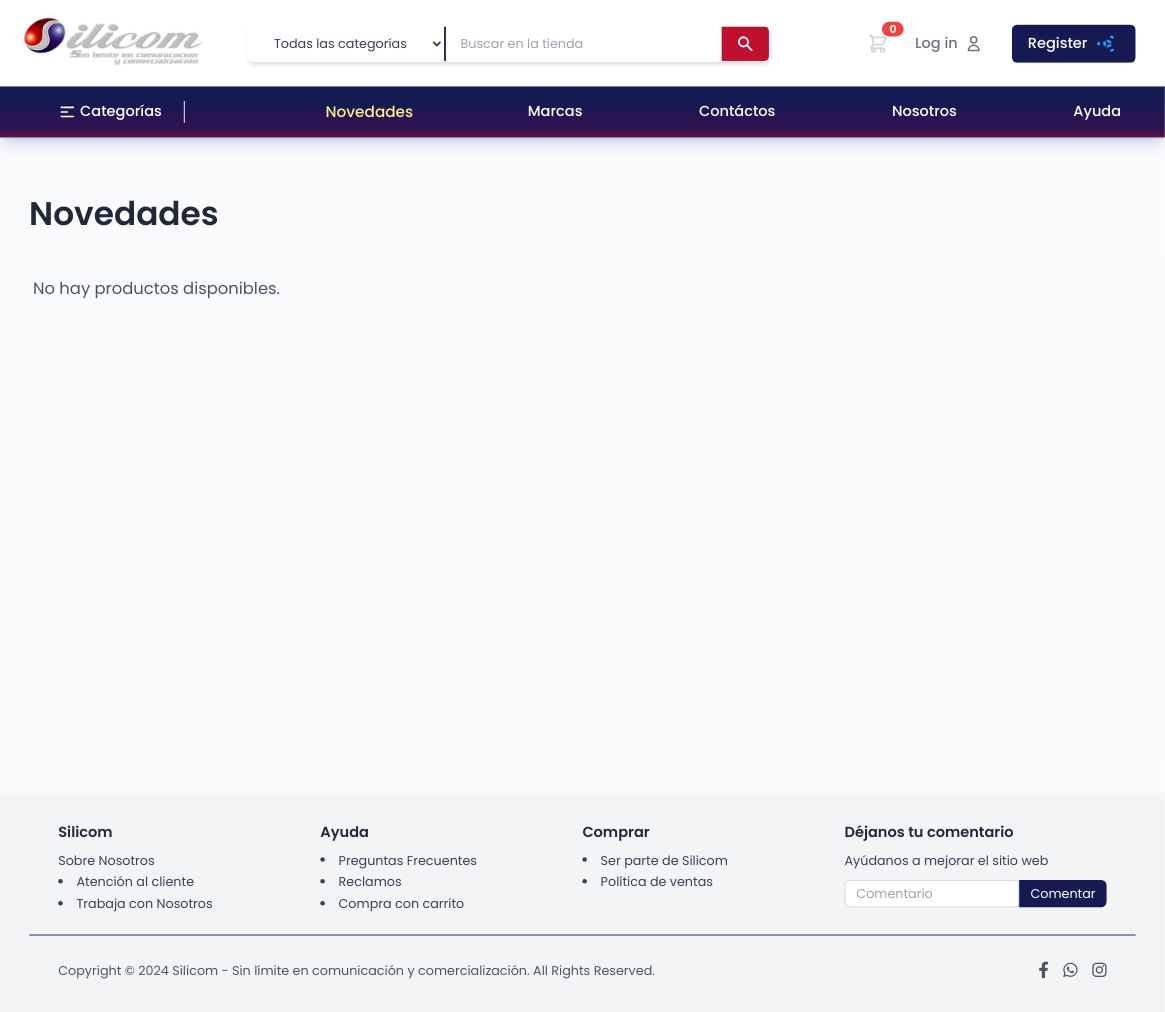
Repository: Francovg18/ecommerce
Page: /news
An editor plug-in stored every save of this project. The page is shown before and after the next save, followed by the edit.
The browser window is 1280 px wide. The pictures show the whole page, at 91% of full size.
The page's requests for data from a server got no answer. The project was rebuilt for these pictures with package versions that can differ from the ones it lists, and the page was loaded fresh each time. No one was signed in, and anything a server would have sent is missing. Also part of the build but not shown: src/components/home/Banner.js, src/components/home/ProductsArrival.js, src/components/home/ProductsSold.js, src/redux/actions/brands.js, src/components/home/Brand.js, src/components/home/Product.js, src/containers/Home.jsx, src/containers/errors/Error404.jsx and 39 more.

Above is the page before, as saved 2025-01-29 20:32:13.

### public/index.html
<!DOCTYPE html>
<html lang="en">
  <head>
    <meta charset="utf-8" />
    <link rel="icon" href="%PUBLIC_URL%/favicon.ico" />
    <meta name="viewport" content="width=device-width, initial-scale=1" />
    <meta name="theme-color" content="#000000" />
    <meta name="description" content="Web site created using create-react-app" />
    <link rel="apple-touch-icon" href="%PUBLIC_URL%/logo192.png" />
    <link href="https://fonts.googleapis.com/css2?family=Poppins:wght@400;500;600&display=swap" rel="stylesheet">
    <link
  rel="stylesheet"
  href="https://cdnjs.cloudflare.com/ajax/libs/font-awesome/6.0.0-beta3/css/all.min.css"
/>

    <!--
      manifest.json provides metadata used when your web app is installed on a
      user's mobile device or desktop. See https://developers.google.com/web/fundamentals/web-app-manifest/
    -->
    <link rel="manifest" href="%PUBLIC_URL%/manifest.json" />
    <!--
      Notice the use of %PUBLIC_URL% in the tags above.
      It will be replaced with the URL of the `public` folder during the build.
      Only files inside the `public` folder can be referenced from the HTML.

      Unlike "/favicon.ico" or "favicon.ico", "%PUBLIC_URL%/favicon.ico" will
      work correctly both with client-side routing and a non-root public URL.
      Learn how to configure a non-root public URL by running `npm run build`.
    -->
    <title>React App</title>
  </head>
  <body>
    <noscript>You need to enable JavaScript to run this app.</noscript>
    <div id="root"></div>
    <!--
      This HTML file is a template.
      If you open it directly in the browser, you will see an empty page.

      You can add webfonts, meta tags, or analytics to this file.
      The build step will place the bundled scripts into the <body> tag.

      To begin the development, run `npm start` or `yarn start`.
      To create a production bundle, use `npm run build` or `yarn build`.
    -->
  </body>
</html>

### src/index.js
import React from 'react';
import ReactDOM from 'react-dom/client';
import './style/index.css';
import App from './App';

const root = ReactDOM.createRoot(document.getElementById('root'));
root.render(
  <React.StrictMode>
    <App />
  </React.StrictMode>
);

### src/store.js
import { createStore, applyMiddleware } from 'redux';
import { composeWithDevTools } from '@redux-devtools/extension';
import { thunk } from 'redux-thunk';
import rootReducer from './redux/reducers';

const initialState = {};
const middleware = [thunk];
const store = createStore(
    rootReducer,
    initialState,
    composeWithDevTools(applyMiddleware(...middleware))
);

export default store;

### src/containers/News.jsx
import Layout from "../hocs/Layout";
import { connect } from "react-redux";
import {
    get_products_by_arrival
} from '../redux/actions/products';
import { useEffect } from "react";
import NewsProducts from "./pages/NewsProducts";
const Home = ({ get_products_by_arrival, products_arrival
}) => {

    useEffect(() => {
        window.scrollTo(0, 0);
        get_products_by_arrival();
    }, []);

    return (
        <Layout>
            <div className="text-blue-500">
                <NewsProducts data={products_arrival} />
            </div>
        </Layout>
    );
};

const mapStateToProps = state => ({
    products_arrival: state.Products.products_arrival
});

export default connect(mapStateToProps, {
    get_products_by_arrival
})(Home);

### src/redux/reducers/index.js
import { combineReducers } from 'redux';
import Auth from './auth';
import Alert from './alert';
import Categories from './categories';
import Products from './products';
import Cart from './cart';
import Shipping from './shipping'
import Payment from './payment';
import Orders from './orders';
import Coupons from './coupons';
import Profile from './profile';
import Wishlist from './wishlist';
import Reviews from './reviews';
import Brands from './brands';
export default combineReducers({
    Auth,
    Alert,
    Categories,
    Products,
    Cart,
    Shipping,
    Payment,
    Orders,
    Coupons,
    Profile,
    Wishlist,
    Reviews,
    Brands
})

### src/hocs/Layout.js
import { ToastContainer } from 'react-toastify';
import 'react-toastify/dist/ReactToastify.css';
import { check_authenticated, load_user, refresh } from '../redux/actions/auth';
import {
    get_items,
    get_total,
    get_item_total
} from "../redux/actions/cart";

import {
    get_user_profile
} from "../redux/actions/profile";

import { useEffect } from 'react';
import { connect } from 'react-redux';
import Navbar from '../components/navigation/Navbar';
import Footer from '../components/navigation/Footer';

const Layout = (props) => {

    useEffect(() => {
        props.refresh()
        props.check_authenticated()
        props.load_user()
        props.get_items()
        props.get_total()
        props.get_item_total()
        props.get_user_profile()
    }, []);

    return(
        <div>
            <Navbar/>
            <ToastContainer autoClose={5000} />
            {props.children}
            <Footer/>
        </div>
    )
}


export default connect(null, {
    check_authenticated,
    load_user,
    refresh,
    get_items,
    get_total,
    get_item_total,
    get_user_profile
}) (Layout)

### src/redux/actions/categories.js
import axios from 'axios';
import {
    GET_CATEGORIES_SUCCESS,
    GET_CATEGORIES_FAIL,
} from './types';

export const get_categories = () => async dispatch => {
    const config = {
        headers: {
            'Accept': 'application/json'
        }
    };

    try {
        const res = await axios.get(`${process.env.REACT_APP_API_URL}/api/category/categories`, config);

        if (res.status >= 200 && res.status < 300) {
            dispatch({
                type: GET_CATEGORIES_SUCCESS,
                payload: res.data
            });
        } else {
            console.error('Error: Unexpected response status', res.status);
            dispatch({
                type: GET_CATEGORIES_FAIL
            });
        }
    } catch (err) {
        console.error('Error fetching categories:', err.message);
        dispatch({
            type: GET_CATEGORIES_FAIL
        });
    }
};

### src/redux/actions/alert.js
import{
    SET_ALERT,
    REMOVE_ALERT,
} from './types';

export const setAlert = (msg, alertType, timeout = 5000) => dispatch =>{
    dispatch({
        type: SET_ALERT,
        payload: {msg, alertType}
    });
    setTimeout(() => dispatch({ type: REMOVE_ALERT }), timeout);
}

### src/containers/pages/NewsProducts.jsx
import React from "react";
import { Link } from "react-router-dom";
import { connect } from "react-redux";

const NewsProducts = ({ data, isAuthenticated }) => {
  const products = Array.isArray(data) ? data : [];

  return (
    <div className="bg-gray-50 min-h-screen py-16">
      <div className="max-w-7xl mx-auto px-4 sm:px-6 lg:px-8">
        <h1 className="text-4xl font-bold text-gray-800 mb-12">
          Novedades
        </h1>

        <div className="grid grid-cols-2 sm:grid-cols-2 md:grid-cols-3 lg:grid-cols-4 gap-8">
          {products.length > 0 ? (
            products.map((product) => (
                <div
                key={product.id}
                className="relative group bg-white rounded-lg shadow-xl overflow-hidden transform transition-transform duration-300 hover:scale-105"
              >
                <div className="px-4 py-2 mt-2">
                  <h2 className="text-lg font-bold text-gray-800 text-center">
                    {product.name}
                  </h2>
                </div>
                <div className="relative w-full h-52 p-4 flex items-center justify-center">
                  <img
                    src={product.get_thumbnail}
                    alt={product.name}
                    className="w-full h-full object-contain"
                  />
                </div>

                <div className="absolute inset-0 flex flex-col items-center justify-center opacity-0 group-hover:opacity-100 transition-opacity duration-300 bg-gray-100 p-4">
                  <h2 className="text-xl font-semibold text-gray-800">
                    {product.name}
                  </h2>
                  <p className="text-sm text-gray-600 mt-2 text-center">
                    {product.description?.length > 100
                      ? `${product.description.slice(0, 100)}...`
                      : product.description}
                  </p>
                  <p
                    className={`text-sm ${
                      isAuthenticated
                        ? "font-medium text-gray-900"
                        : "text-red-500 font-semibold"
                    }`}
                  >
                    {isAuthenticated ? `Bs${product.price}` : "No permitido"}
                  </p>
                  <Link
                    to={`/product/${product.id}`}
                    className="mt-4 px-4 py-2 bg-midnight-blue text-white rounded-md shadow-md hover:bg-purple-night transition"
                  >
                    Ver
                  </Link>
                </div>
              </div>

            ))
          ) : (
            <p className="text-gray-600 text-center text-lg">
              No hay productos disponibles.
            </p>
          )}
        </div>
      </div>
    </div>
  );
};

const mapStateToProps = (state) => ({
  isAuthenticated: state.Auth.isAuthenticated,
});

export default connect(mapStateToProps)(NewsProducts);

### src/redux/reducers/alert.js
import {
    SET_ALERT,
    REMOVE_ALERT,
} from '../actions/types';

const initialState = {
    alert: null
};

export default function Alert(state = initialState, action) {
    const { type, payload } = action;

    switch(type) {
        case SET_ALERT:
            return {
                ...state,
                alert: payload
            };
        case REMOVE_ALERT:
            return {
                ...state,
                alert: null
            }
        default:
            return state
    };
}

### src/redux/reducers/categories.js
import {
    GET_CATEGORIES_SUCCESS,
    GET_CATEGORIES_FAIL
} from '../actions/types';

const initialState = {
    categories: null
};

export default function Categories(state = initialState, action) {
    const { type, payload } = action;

    switch(type) {
        case GET_CATEGORIES_SUCCESS:
            return {
                ...state,
                categories: payload.categories
            }
        case GET_CATEGORIES_FAIL:
            return {
                ...state,
                categories: null
            }
        default:
            return state
    }
}

### src/redux/reducers/shipping.js
import {
    GET_SHIPPING_OPTIONS_SUCCESS,
    GET_SHIPPING_OPTIONS_FAIL
} from '../actions/types';

const initialState = {
    shipping: null,
};

export default function Shipping(state = initialState, action) {
    const { type, payload } = action;

    switch(type) {
        case GET_SHIPPING_OPTIONS_SUCCESS:
            return {
                ...state,
                shipping: payload.shipping_options
            }
        case GET_SHIPPING_OPTIONS_FAIL:
            return {
                ...state,
                shipping: null
            }
        default:
            return state;
    }
};

### src/redux/reducers/orders.js
import {
    GET_ORDERS_SUCCESS,
    GET_ORDERS_FAIL,
    GET_ORDER_DETAIL_SUCCESS,
    GET_ORDER_DETAIL_FAIL
} from '../actions/types';

const initialState = {
    orders: null,
    order: null
};


export default function Orders(state = initialState, action) {
    const { type, payload } = action;

    switch(type) {
        case GET_ORDERS_SUCCESS:
            return {
                ...state,
                orders: payload.orders
            }
        case GET_ORDERS_FAIL:
            return {
                ...state,
                orders: []
            }
        case GET_ORDER_DETAIL_SUCCESS:
            return {
                ...state,
                order: payload.order
            }
        case GET_ORDER_DETAIL_FAIL:
            return {
                ...state,
                order: {}
            }
        default:
            return state;
    }
}

### src/redux/reducers/coupons.js
import {
    GET_COUPON_SUCCESS,
    GET_COUPON_FAIL,
} from '../actions/types';

const initialState = {
    coupon: null
};


export default function Coupons(state = initialState, action) {
    const { type, payload } = action;

    switch(type) {
        case GET_COUPON_SUCCESS:
            return {
                ...state,
                coupon: payload.coupon
            }
        case GET_COUPON_FAIL:
            return {
                ...state,
                coupon: null
            }
        default:
            return state;
    }
}

### src/redux/reducers/profile.js
import {
    GET_USER_PROFILE_SUCCESS,
    GET_USER_PROFILE_FAIL,
    UPDATE_USER_PROFILE_SUCCESS,
    UPDATE_USER_PROFILE_FAIL
} from '../actions/types';

const initialState = {
    profile: null
};

export default function Profile(state = initialState, action) {
    const { type, payload } = action;

    switch(type) {
        case GET_USER_PROFILE_SUCCESS:
            return {
                ...state,
                profile: payload.profile
            }
        case GET_USER_PROFILE_FAIL:
            return {
                ...state
            }
        case UPDATE_USER_PROFILE_SUCCESS:
            return {
                ...state,
                profile: payload.profile
            }
        case UPDATE_USER_PROFILE_FAIL:
            return {
                ...state
            }
        default:
            return state
    }
}

### src/redux/reducers/wishlist.js
import {
    GET_WISHLIST_ITEMS_SUCCESS,
    GET_WISHLIST_ITEMS_FAIL,
    ADD_WISHLIST_ITEM_SUCCESS,
    ADD_WISHLIST_ITEM_FAIL,
    GET_WISHLIST_ITEM_TOTAL_SUCCESS,
    GET_WISHLIST_ITEM_TOTAL_FAIL,
    REMOVE_WISHLIST_ITEM_SUCCESS,
    REMOVE_WISHLIST_ITEM_FAIL,
    CLEAR_WISHLIST,
} from '../actions/types';

const initialState = {
    items: null,
    total_items: 0
};

export default function Wishlist(state = initialState, action) {
    const { type, payload } = action;

    switch(type) {
        case GET_WISHLIST_ITEMS_SUCCESS:
            return {
                ...state,
                items: payload.wishlist
            }
        case GET_WISHLIST_ITEMS_FAIL:
            return {
                ...state,
            }
        case ADD_WISHLIST_ITEM_SUCCESS:
            return {
                ...state,
                items: payload.wishlist
            }
        case ADD_WISHLIST_ITEM_FAIL:
            return {
                ...state,
            }
        case GET_WISHLIST_ITEM_TOTAL_SUCCESS:
            return {
                ...state,
                total_items: payload.total_items
            }
        case GET_WISHLIST_ITEM_TOTAL_FAIL:
            return {
                ...state
            }
            case REMOVE_WISHLIST_ITEM_SUCCESS:
                return {
                    ...state,
                    items: state.items.filter(item => item.product_id !== payload)
                }

        case REMOVE_WISHLIST_ITEM_FAIL:
            return {
                ...state
            }
        case CLEAR_WISHLIST:
            return {
                ...state,
                items: [],
                total_items: 0
            }
        default:
            return state
    }
}

### src/redux/reducers/brands.js
import {
    GET_BRANDS_SUCCESS,
    GET_BRANDS_FAIL
} from '../actions/types';

const initialState = {
    brands: null
};

export default function Brands(state = initialState, action) {
    const { type, payload } = action;

    switch (type) {
        case GET_BRANDS_SUCCESS:
            return {
                ...state,
                brands: payload.brands // Ajusta si `payload` tiene otra estructura
            };
        case GET_BRANDS_FAIL:
            return {
                ...state,
                brands: null
            };
        default:
            return state;
    }
}

### src/components/alert.js
import {Fragment} from 'react'
import {connect} from 'react-redux'

import { CheckCircleIcon } from '@heroicons/react/solid'

function Alert ({ alert }) {

    const displayAlert = () => {
        if (alert !== null){
            return (
                <div className={`rounded-md bg-${alert.alertType}-50 p-4`}>
                <div className="flex">
                    <div className="flex-shrink-0">
                    <CheckCircleIcon className={`h-5 w-5 text-${alert.alertType}-400`} aria-hidden="true" />
                    </div>
                    <div className="ml-3">
                    <p className={`text-sm font-medium text-${alert.alertType}-800`}>{alert.msg}</p>
                    </div>
                </div>
                </div>
            )
        } else {
            return(
                <Fragment></Fragment>
            )
        }
    }

    return (
        <Fragment>
            {displayAlert()}
        </Fragment>
    )
}

const mapStateToProps = state => ({
    alert: state.Alert.alert
})

export default connect(mapStateToProps)(Alert)

### src/components/navigation/SearchBox.js
import { SearchIcon } from '@heroicons/react/solid';

const SearchBox = ({ categories, search, onChange, onSubmit }) => {
  return (
    <form
      onSubmit={(e) => onSubmit(e)}
      className="flex items-center border border-white rounded-md shadow-md overflow-hidden w-full max-w-3xl mx-auto"
    >
      {/* Dropdown de categorías (visible solo en pantallas grandes) */}
      <div className="hidden lg:block relative">
        <select
          onChange={(e) => onChange(e)}
          name="category_id"
          className="h-full text-sm text-gray-700 bg-white border-r-2 border-purple-night px-6 py-2 outline-none focus:ring-deep-rose"
        >
          <option value={0}>Todas las categorías</option>
          {categories &&
            categories.map((category, index) => (
              <option key={index} value={category.id}>
                {category.name}
              </option>
            ))}
        </select>
      </div>

      {/* Campo de búsqueda */}
      <input
        type="search"
        name="search"
        onChange={(e) => onChange(e)}
        value={search}
        required
        className="flex-grow text-sm text-gray-700 bg-white px-4 py-2 outline-none focus:ring-purple-night focus:border-crimson-red w-full"
        placeholder="Buscar en la tienda"
      />

      {/* Botón de envío */}
      <button
        type="submit"
        className="flex items-center justify-center h-full bg-crimson-red hover:bg-deep-rose text-white px-4 py-2"
      >
        <SearchIcon className="h-5 w-5" aria-hidden="true" />
      </button>
    </form>
  );
};

export default SearchBox;

### tailwind.config.js
/** @type {import('tailwindcss').Config} */
module.exports = {
  content: [
    "./src/**/*.{js,jsx,ts,tsx}",
  ],
  theme: {
    extend: {
      colors: {
        "midnight-blue": '#151b52',
        "purple-night": '#2A1350',
        "crimson-red": '#C0102F',
        "deep-rose": '#8D113B',
        "dark-burgundy": '#751240',
        "royal-purple": '#5D1245',
      },
      backgroundImage: {
        'custom-gradient': 'linear-gradient(to bottom, #151b52, #151b50, #151b50, #2A1351, #2A1351, #5D1245)',
      },
      fontFamily: {
        sans: ['Poppins', 'sans-serif'],
      },
      keyframes: {
        'gradient-x': {
          '0%, 100%': { backgroundPosition: '0% 50%' },
          '50%': { backgroundPosition: '100% 50%' },
        },
      },
      animation: {
        'gradient-x': 'gradient-x 8s ease infinite',
      },
      boxShadow: {
        navbar: "0px 4px 20px 6px rgba(28, 105, 192, 0.85), 0 1px 2px -1px rgba(3, 3, 4, 0.03)",
        menuHover: "0px 6px 15px 3px rgba(0, 0, 0, 0.15)",
      },
      fontSize: {
        'xl': '1.25rem',
        '2xl': '1.5rem',
      },
    },
  },
  plugins: [
    function({ addUtilities }) {
      const extendUnderline = {
        '.underline': {
          textDecoration: 'underline',
          textDecorationColor: '#121740',
        },
      };
      addUtilities(extendUnderline);
    },
  ],
};

Loaded but not shown: src/style/index.css (common file); src/components/navigation/Navbar.js (476 lines, source omitted); src/redux/actions/cart.js (399 lines, source omitted); src/redux/actions/auth.js (387 lines, source omitted); src/redux/actions/types.js (136 lines, source omitted); src/redux/actions/products.js (256 lines, source omitted); src/redux/reducers/cart.js (158 lines, source omitted); src/redux/reducers/products.js (118 lines, source omitted); src/App.js (79 lines, source omitted); src/components/navigation/Footer.js (81 lines, source omitted); src/redux/reducers/auth.js (113 lines, source omitted); src/redux/actions/profile.js (91 lines, source omitted); src/redux/reducers/payment.js (89 lines, source omitted); src/redux/reducers/reviews.js (90 lines, source omitted)

After the next save:
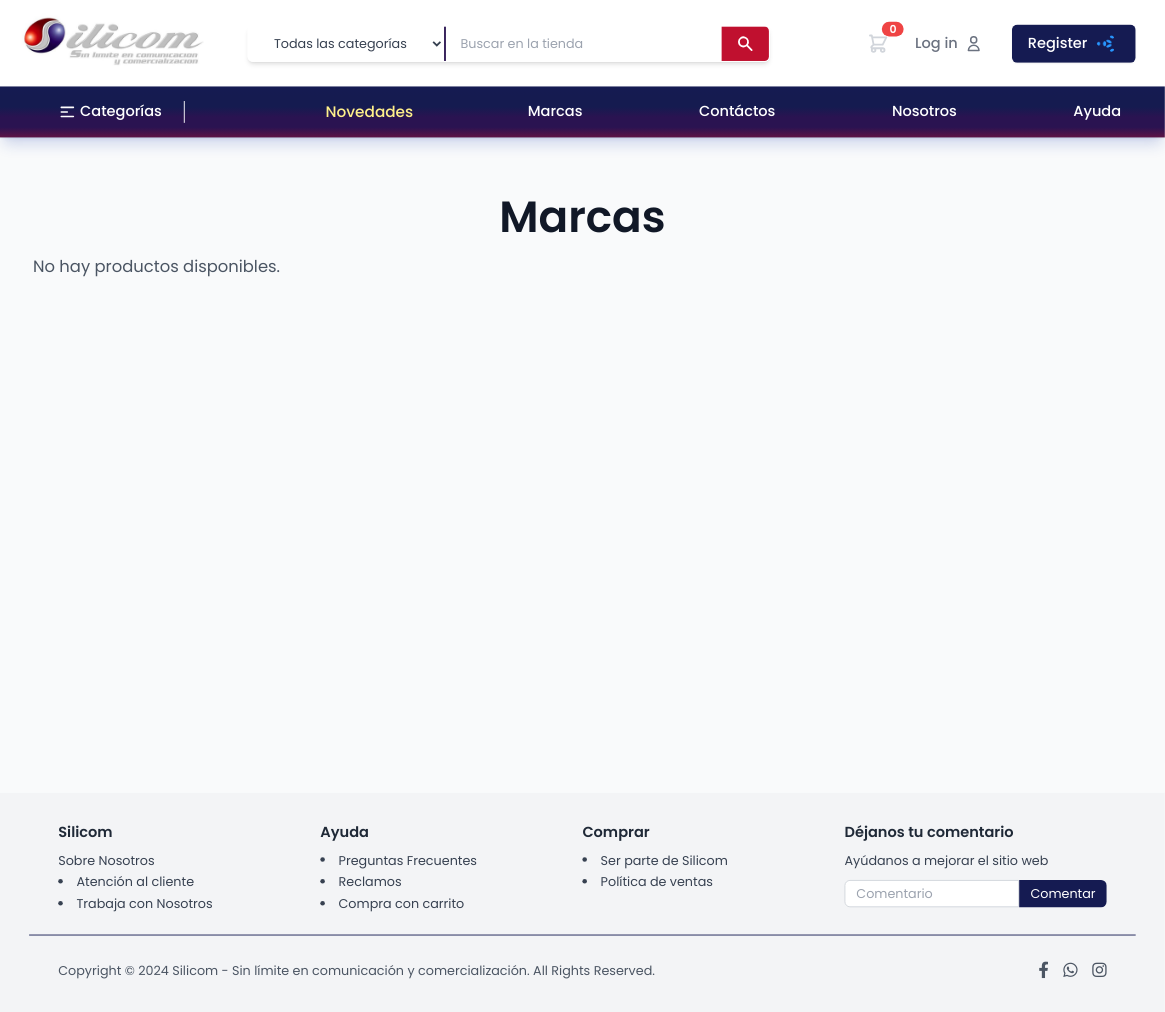
Saved 98 s later.
--- a/src/containers/pages/NewsProducts.jsx
+++ b/src/containers/pages/NewsProducts.jsx
@@ -8,9 +8,9 @@ const NewsProducts = ({ data, isAuthenticated }) => {
   return (
     <div className="bg-gray-50 min-h-screen py-16">
       <div className="max-w-7xl mx-auto px-4 sm:px-6 lg:px-8">
-        <h1 className="text-4xl font-bold text-gray-800 mb-12">
-          Novedades
-        </h1>
+        <div className="text-center max-w-2xl mx-auto mb-4">
+          <h1 className="text-5xl font-extrabold text-gray-900">Marcas</h1>
+        </div>
 
         <div className="grid grid-cols-2 sm:grid-cols-2 md:grid-cols-3 lg:grid-cols-4 gap-8">
           {products.length > 0 ? (
